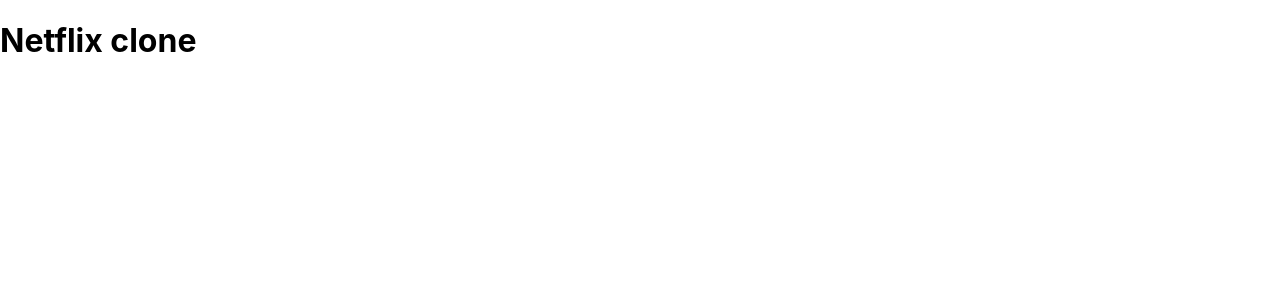
Repository: digiangler/netflix-clone
Page: /
The author's editor kept a copy of each file at every save. The page is drawn from the files as they stood at one save, then again after the next save.
The browser window is 1280 px wide. The pictures show the whole page.
The project was rebuilt for these pictures with package versions that can differ from the ones it lists, and the page was loaded fresh each time. Also part of the build but not shown: src/App.css.

Above is the page before, as saved 2020-09-17 16:57:46.

### src/App.js
import React from "react";

import "./App.css";
import Row from "./Row";

function App() {
  return (
    <div className='app'>
      <h1>Netflix clone</h1>
      <Row title='NETFLIX ORIGINALS' />
      <Row title='Trending Now' />
    </div>
  );
}

export default App;

### src/Row.js
import React from "react";

function Row({ title }) {
  return (
    <div>
      {/* title */}

      {/* container -> posters */}
    </div>
  );
}

export default Row;

Loaded but not shown: public/index.html (common file); src/index.js (common file); src/index.css (common file); src/serviceWorker.js (common file)

After the next save:
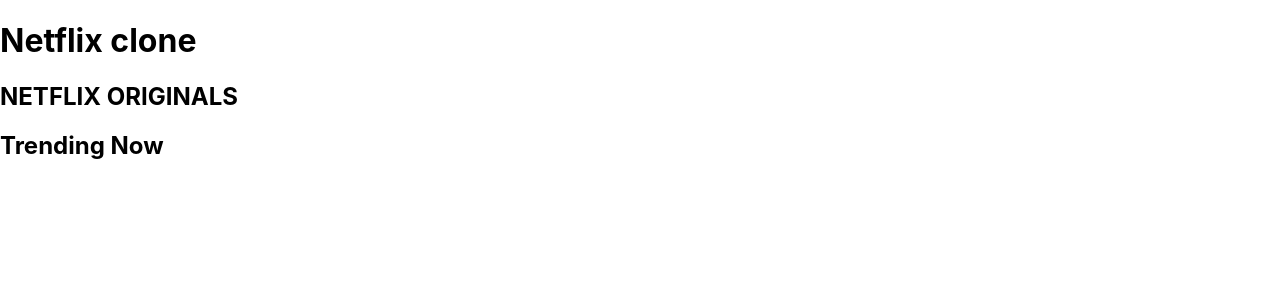
Saved 22 s later.
--- a/src/Row.js
+++ b/src/Row.js
@@ -3,7 +3,7 @@
 function Row({ title }) {
   return (
     <div>
-      {/* title */}
+      <h2>{title}</h2>
 
       {/* container -> posters */}
     </div>
